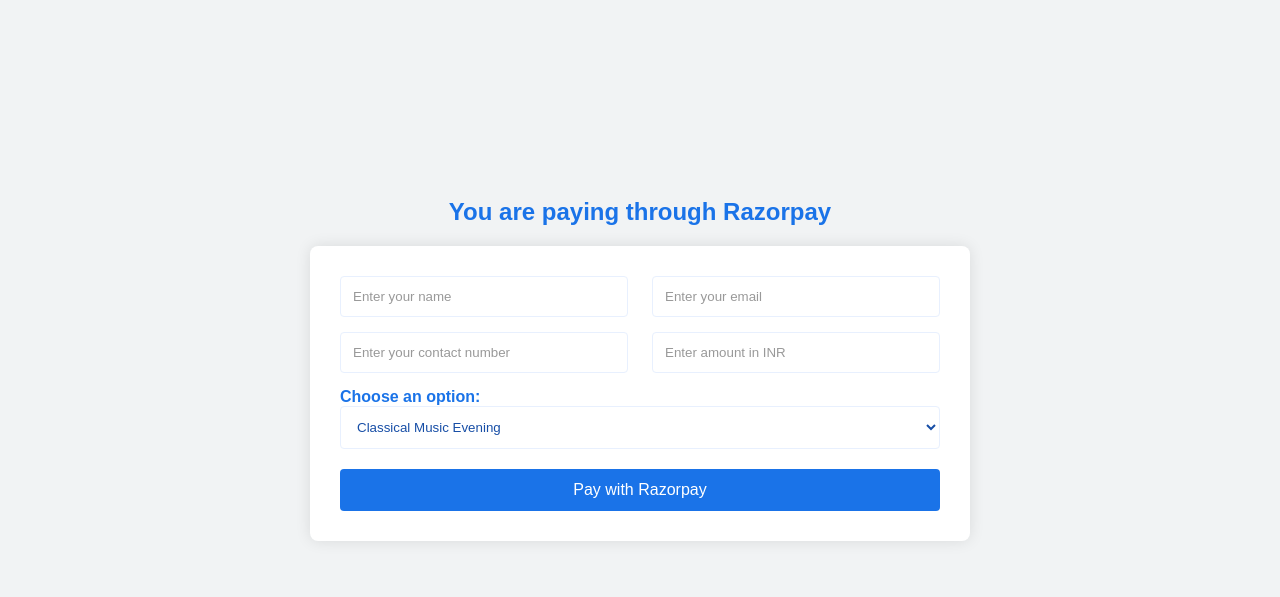
Repository: SharonSebastian32/razorpaypaymentgateway_implementation
Page: bookEventpage.html
An editor plug-in stored every save of this project. The page is shown before and after the next save, followed by the edit.
The browser window is 1280 px wide. The pictures show the whole page.

Above is the page before, as saved 2024-08-09 07:12:11.

### bookEventpage.html
<!DOCTYPE html>
<html lang="en">
  <head>
    <meta charset="UTF-8" />
    <meta name="viewport" content="width=device-width, initial-scale=1.0" />
    <title>Razorpay Payment gateway</title>

    <style>
      :root {
        --primary-blue: #1a73e8;
        --light-blue: #e8f0fe;
        --dark-blue: #174ea6;
        --white: #ffffff;
        --light-gray: #f1f3f4;
      }

      body {
        font-family: Arial, sans-serif;
        background-color: var(--light-gray);
        display: flex;
        justify-content: center;
        align-items: center;
        height: 100vh;
        margin: 0;
      }

      h2 {
        text-align: center;
        color: var(--primary-blue);
        margin-bottom: 20px;
      }

      #paymentForm {
        background-color: var(--white);
        padding: 30px;
        border-radius: 8px;
        box-shadow: 0 0 15px rgba(0, 0, 0, 0.1);
        width: 600px;
       }

      .form-row {
        display: flex;
        justify-content: space-between;
        margin-bottom: 15px;
      }

      .form-group {
        flex: 0 0 48%;
      }

      input,
      select {
        width: 100%;
        padding: 12px;
        border: 1px solid var(--light-blue);
        border-radius: 4px;
        box-sizing: border-box;
        background-color: var(--white);
        color: var(--dark-blue);
        transition: border-color 0.3s ease;
      }

      input:focus,
      select:focus {
        outline: none;
        border-color: var(--primary-blue);
      }

      input::placeholder {
        color: #999;
      }

      label {
        display: block;
        margin-top: 15px;
        color: var(--primary-blue);
        font-weight: bold;
      }

      #rzp-button1 {
        width: 100%;
        padding: 12px;
        background-color: var(--primary-blue);
        color: var(--white);
        border: none;
        border-radius: 4px;
        cursor: pointer;
        font-size: 16px;
        margin-top: 20px;
        transition: background-color 0.3s ease;
      }

      #rzp-button1:hover {
        background-color: var(--dark-blue);
      }
    </style>
  </head>
  <body>
    <div>
      <h2>You are paying through Razorpay</h2>
      <p></p>
      <form id="paymentForm">
        <div class="form-row">
          <div class="form-group">
            <input
              type="text"
              id="name"
              placeholder="Enter your name"
              required
            />
          </div>
          <div class="form-group">
            <input
              type="email"
              id="email"
              placeholder="Enter your email"
              required
            />
          </div>
        </div>
        <div class="form-row">
          <div class="form-group">
            <input
              type="text"
              id="contact"
              placeholder="Enter your contact number"
              required
            />
          </div>
          <div class="form-group">
            <input
              type="text"
              id="amount"
              placeholder="Enter amount in INR"
              required
            />
          </div>
        </div>
        <label for="choices">Choose an option:</label>
        <select id="choices" name="choices">
          <!-- Options will be dynamically generated here -->
        </select>
        <button id="rzp-button1" type="submit">Pay with Razorpay</button>
      </form>
    </div>

    <!--------------------------paymentGatewayScripts--------------->
    <script src="./Script/paymentGateway.js"></script>

    <!--------------------------razorpayScript ---------------------->
    <script src="https://checkout.razorpay.com/v1/checkout.js"></script>
  </body>
</html>

### Script/paymentGateway.js
document.getElementById("paymentForm").addEventListener("submit", function (e) {
  e.preventDefault();
  var name = document.getElementById("name").value;
  var email = document.getElementById("email").value;
  var contact = document.getElementById("contact").value;
  var amount = document.getElementById("amount").value * 100;
  // Convert amount to paise

  var options = {
    key: "rzp_test_gCzBTQcb92KH3e", // Enter the Key ID generated from the Dashboard
    amount: amount.toString(), // Amount in currency subunits (100 paise = 1 INR)
    currency: "INR",
    name: "Ozwalz Events",
    description: "Thank You for booking event with Ozwalz Events",
    image: "./assets/images/logo.png",

    handler: function (response) {
      // Handle the response from Razorpay after payment
      // You can redirect to another page or save the response to your database
    },
    prefill: {
      name: name,
      email: email,
      contact: contact,
    },
    notes: {
      description: "Thank You for booking event with Ozwalz Events",
    },
    theme: {
      color: "#red",
    },
  };

  var rzp1 = new Razorpay(options);
  rzp1.open();
});

// API FOR FETCHING EVENTNAME

let eventData;

fetch("./JSON/event.json")
  .then((response) => response.json())
  .then((data) => {
    eventData = data;

    // Populate the select element with event names
    const selectElement = document.getElementById("choices");
    data.forEach((event) => {
      const option = document.createElement("option");
      option.value = event.id;
      option.text = event.eventName;
      selectElement.add(option);
    });

    // Add event listener to the select element
    selectElement.addEventListener("change", updatePriceInput);
  })
  .catch((error) => console.error("Error:", error));

function updatePriceInput() {
  const selectedEventId = document.getElementById("choices").value;
  const selectedEvent = eventData.find((event) => event.id === selectedEventId);

  if (selectedEvent) {
    document.getElementById("amount").value = selectedEvent.price.basePrice;
  } else {
    document.getElementById("amount").value = "";
  }
}

Loaded but not shown: JSON/event.json (899 lines, source omitted)

After the next save:
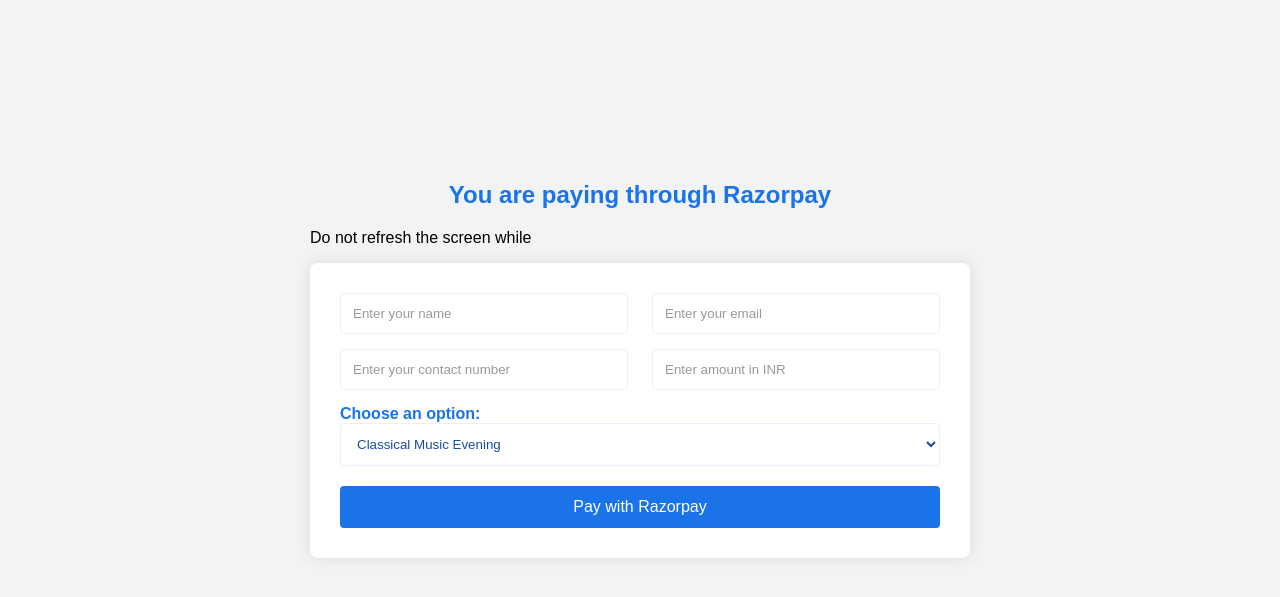
Saved 12 s later.
--- a/bookEventpage.html
+++ b/bookEventpage.html
@@ -98,7 +98,7 @@
   <body>
     <div>
       <h2>You are paying through Razorpay</h2>
-      <p></p>
+      <p>Do not refresh the screen while </p>
       <form id="paymentForm">
         <div class="form-row">
           <div class="form-group">
